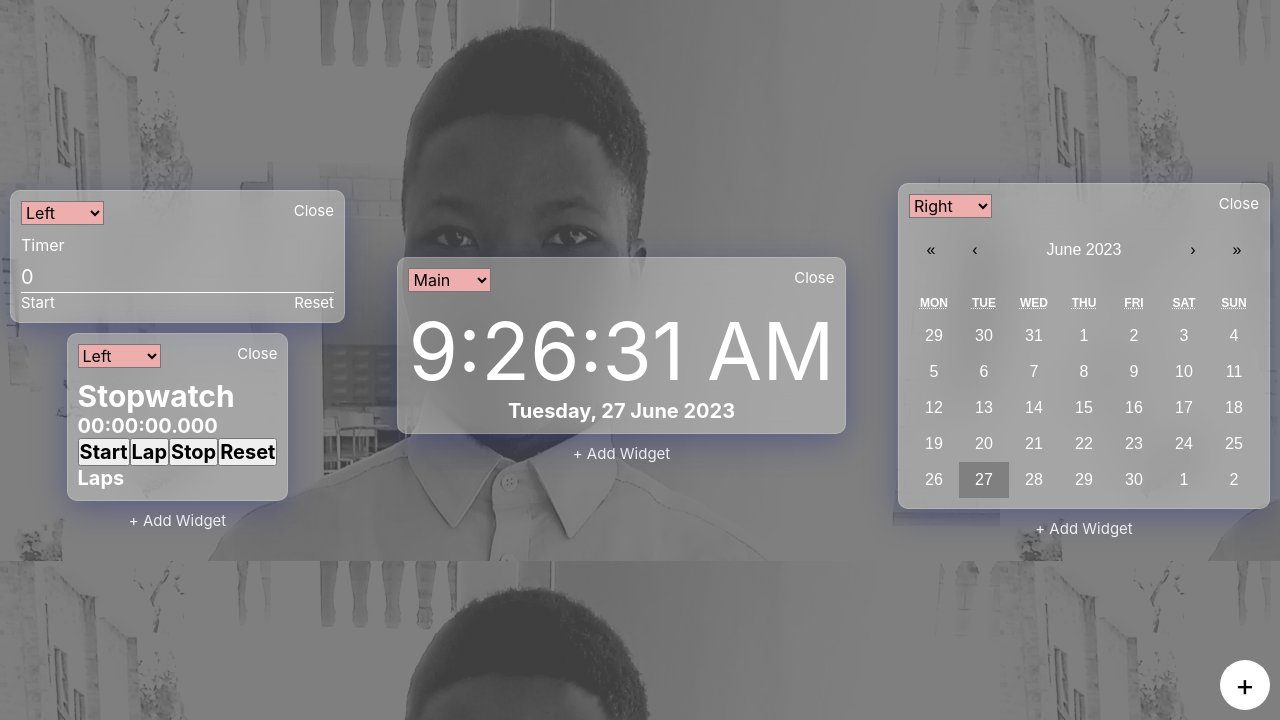
Repository: Angera-Silas/Planner-app
Page: /
An editor plug-in stored every save of this project. The page is shown before and after a run of saves, followed by the edit.
The browser window is 1280 px wide. The pictures show the whole page.
The project was rebuilt for these pictures with package versions that can differ from the ones it lists, and the page was loaded fresh each time. Also part of the build but not shown: src/widgets/ReminderListWidget.js, src/modals/WidgetGalleryModal.js.

Above is the page before, as saved 2023-06-27 17:53:25.

### src/index.css
body {
  margin: 0;
  font-family: -apple-system, BlinkMacSystemFont, 'Segoe UI', 'Roboto', 'Oxygen',
    'Ubuntu', 'Cantarell', 'Fira Sans', 'Droid Sans', 'Helvetica Neue',
    sans-serif;
  -webkit-font-smoothing: antialiased;
  -moz-osx-font-smoothing: grayscale;
}

code {
  font-family: source-code-pro, Menlo, Monaco, Consolas, 'Courier New',
    monospace;
}
*,
*::before,
*::after {
 box-sizing: border-box;
}

img,
svg,
video,
canvas,
audio,
iframe,
embed,
object {
 display: block;
 max-width: 100%;
}

input,
button,
textarea,
select {
 font: inherit;
 color: black;
}

* {
 margin: 0;
 padding: 0;
 box-sizing: border-box;
 font: inherit;
 color: white;
}

/* width */
::-webkit-scrollbar {
 width: 10px;
}

/* Track */
::-webkit-scrollbar-track {
 background: #363636;
}

/* Handle */
::-webkit-scrollbar-thumb {
 background: #777;
}

/* Handle on hover */
::-webkit-scrollbar-thumb:hover {
 background: #1e1e1e;
}

### src/App.js
import React, { useState } from 'react';
import './App.css';
import ClockWidget from './widgets/ClockWidget';
import WidgetGalleryModal from './modals/WidgetGalleryModal';
import Draggable from 'react-draggable';
import TimerWidget from './widgets/TimerWidget';
import CalendarWidget from './widgets/CalendarWidget';
import MyCustomWidget from './widgets/MyCustomWidget';

function App() {
 const [widgets, setWidgets] = useState([
  { id: new Date().getTime(), component: <ClockWidget />, area: 'main-widget', name: "Date and Time" },
  { id: new Date().getTime() + 2, component: <CalendarWidget />, area: 'right-widget', name: "Calendar" },
  { id: new Date().getTime() + 1, component: <TimerWidget />, area: 'left-widget', name:"Timer" },
  { id: new Date().getTime(), component: <MyCustomWidget/>,area:'left-widget',name:"Stopwatch"},
 ])
 const [showWidgetModal, setShowWidgetModal] = useState(false)
 const [selectedWidgetArea, setSelectedWidgetArea] = useState('')

 const removeWidget = (index) => {
  try {
   setWidgets(widgets.filter(widget => widget.id !== index))
  } catch (error) {
   console.log(error)
  }
 }

 return (
  <>
   {showWidgetModal && <WidgetGalleryModal setShowWidgetModal={setShowWidgetModal} selectedWidgetArea={selectedWidgetArea} widgets={widgets} setWidgets={setWidgets} />}
   <div className="add-button"
    onClick={() => {
     console.log('add button clicked')
     setShowWidgetModal(true)
     setSelectedWidgetArea('none-widget')
    }}
   >
    <p
     className='add-widget-button'
     style={{ background: "none", border: "none", color: "black", fontSize: "30px", cursor: "pointer", backgroundColor: "white", borderRadius: "50%", width: "50px", display: "flex", justifyContent: "center", alignItems: "center", height: "50px", position: "fixed", bottom: "10px", right: "10px" }}
    >+</p>
   </div>
   <div className='none-widget' >
    {widgets.length > 0 && widgets.map((widget, index) => {
     if (widget.area === 'none-widget') {
      return (
       <Draggable>
            <div style={{ padding: 10,}} className='widget-container' >
             <div style={{ marginBottom: 10 }}>
              <select value={widget.area}
               onChange={(e) => {
                let widgetList = [...widgets]
                widgetList[index].area = e.target.value
                setWidgets(widgetList)
               }}
              >
               <option value="none-widget">Floating</option>
               <option value="left-widget">Left</option>
               <option value="main-widget">Main</option>
               <option value="right-widget">Right</option>
              </select>
              <button
               onClick={() => {
                removeWidget(widget.id)
               }}
               style={{ background: "none", border: "none", color: "white", fontSize: "15px", cursor: "pointer", float: "right" }}
              >Close</button>
             </div>
             {widget.component}
            </div>
       </Draggable>
      )
     }
    })}
   </div>
   <div className="App">
    <div className="container">
     <div className='left-widget'>
      {widgets.length > 0 && widgets.map((widget, index) => {
       if (widget.area === 'left-widget') {
        return (
         <div style={{ padding: 10,}} className='widget-container'>
          <div style={{ marginBottom: 10 }}>
           <select value={widget.area}
            onChange={(e) => {
             let widgetList = [...widgets]
             widgetList[index].area = e.target.value
             setWidgets(widgetList)
            }}
           >
            <option value="none-widget">Floating</option>
            <option value="left-widget">Left</option>
            <option value="main-widget">Main</option>
            <option value="right-widget">Right</option>
           </select>
           <button
            onClick={() => {
             removeWidget(widget.id)
            }}
            style={{ background: "none", border: "none", color: "white", fontSize: "15px", cursor: "pointer", float: "right" }}
           >Close</button>
          </div>
          {widget.component}
         </div>
        )
       }
      })}
      {widgets.filter(widget => widget.area === 'left-widget').length < 3 && widgets.filter(widget => widget.area === 'left-widget').length > 0 &&
       <button
        className='add-widget-button'
        onClick={() => {
         setShowWidgetModal(true)
         setSelectedWidgetArea('left-widget')
        }}>+ Add Widget</button>
      }
     </div>
     <div className='main-widget'>
      {widgets.length > 0 && widgets.map((widget, index) => {
       if (widget.area === 'main-widget') {
        return (
         <div style={{ padding: 10,}} className='widget-container' >
          <div style={{ marginBottom: 10 }}>
           <select value={widget.area}
            onChange={(e) => {
             let widgetList = [...widgets]
             widgetList[index].area = e.target.value
             setWidgets(widgetList)
            }}
           >
            <option value="none-widget">Floating</option>
            <option value="left-widget">Left</option>
            <option value="main-widget">Main</option>
            <option value="right-widget">Right</option>
           </select>
           <button
            onClick={() => {
             removeWidget(widget.id)
            }}
            style={{ background: "none", border: "none", color: "white", fontSize: "15px", cursor: "pointer", float: "right" }}
           >Close</button>
          </div>
          {widget.component}
         </div>
        )
       }
      })}
      {widgets.filter(widget => widget.area === 'main-widget').length < 2 &&
       <button
        className='add-widget-button'
        onClick={() => {
         setShowWidgetModal(true)
         setSelectedWidgetArea('main-widget')
        }}>+ Add Widget</button>
      }
     </div>
     <div className='right-widget'>
      {widgets.length > 0 && widgets.map((widget, index) => {
       if (widget.area === 'right-widget') {
        return (
         <div style={{ padding: 10,}} className='widget-container'>
          <div style={{ marginBottom: 10 }}>
           <select value={widget.area}
            onChange={(e) => {
             let widgetList = [...widgets]
             widgetList[index].area = e.target.value
             setWidgets(widgetList)
            }}
           >
            <option value="none-widget">Floating</option>
            <option value="left-widget">Left</option>
            <option value="main-widget">Main</option>
            <option value="right-widget">Right</option>
           </select>
           <button
            onClick={() => {
             removeWidget(widget.id)
            }}
            style={{ background: "none", border: "none", color: "white", fontSize: "15px", cursor: "pointer", float: "right" }}
           >Close</button>
          </div>
          {widget.component}
         </div>
        )
       }
      })}
      {widgets.filter(widget => widget.area === 'right-widget').length < 3 && widgets.filter(widget => widget.area === 'right-widget').length > 0 &&
       <button
        className='add-widget-button'
        onClick={() => {
         setShowWidgetModal(true)
         setSelectedWidgetArea('right-widget')
        }}>+ Add Widget</button>
      }
     </div>
    </div>
   </div>
  </>
 )
}

export default App;

### src/App.css
.App {
  background: url("background.jpg");
  height: 100vh;
  display: flex;
  justify-content: flex-start;
  align-items: center;

}

.container {
  display: flex;
  flex-direction: row;
  align-items: flex-start;
  justify-content: space-between;
  gap: 5px;
  width: 100vw;
  padding: 10px;
  max-height: 100vh;
  height: 100%;

}

.item {
  background-color: rgba(255, 255, 255, 0.8);
  border: 1px solid rgba(0, 0, 0);
  padding: 20px;
  font-size: 30px;
  text-align: center;
}

.time {
  font-size: 80px;
  color: white;
  text-align: center;
}

.date {
  font-size: 20px;
  color: white;
  text-align: center;
  font-weight: bold;
}

.add-widget-button {
  background-color: transparent;
  color: white;
  border: none;
  font-size: 15px;
  text-align: center;
  cursor: pointer;
}

.add-widget-button:hover {
  color: #1e1e1e;
}

.right-widget,
.left-widget,
.main-widget {
  display: flex;
  justify-content: center;
  align-items: center;
  flex-direction: column;
  gap: 10px;
  height: 100%;
  max-width: 500px;
}

.none-widget {
  position: fixed;
  /* height: 100vh;
  width: 100vw; */
  top: 0px;
  left: 0px;
}

select {
 background-color: #efaeae;
}

/* Modal */
.modal {
  position: fixed;
  z-index: 1;
  padding-top: 100px;
  left: 0;
  top: 0;
  width: 100vw;
  height: 100vh;
  overflow: auto;
  background-color: rgb(0, 0, 0, 0.4);
}

.modal-content {
  background-color: #183A37;
  margin: auto;
  padding: 20px;
  width: 50%;
  max-height: 50vh;
  overflow: scroll;
}

.modal-header {
  display: flex;
  justify-content: space-between;
  align-items: flex-start;
}

.modal-header h2 {
  color: white;
  font-weight: bold;
  font-size: 25px;
}

.row {
  display: flex;
  justify-content: space-between;
  align-items: center;
  gap: 10px;
}

.widget-gallery-item {
  color: black;
  border: 1px solid white;
  padding: 10px;
  margin-bottom: 10px;
}

.text-input {
  outline: none;
  border: none;
  border-bottom: 1px solid white;
  width: 100%;
  background-color: transparent;
  color: white;
  font-size: 20px;
  margin-top: 10px;
  padding-bottom: 3px;
}

.widget-container {
  background: rgba(255, 255, 255, 0.3);
  box-shadow: 0 8px 32px 0 rgba(31, 38, 135, 0.37);
  backdrop-filter: blur(20px);
  -webkit-backdrop-filter: blur(20px);
  border-radius: 10px;
  border: 1px solid rgba(255, 255, 255, 0.18);

}

.widget-gallery-item-name{
  font-size: 20px;
  font-weight: bold;
  margin-bottom: 10px;
}
.stopwatch {
 width: 100%;
 font-size: 20px;
 color: white;
 font-weight: bold;
}

### src/widgets/ClockWidget.js
import React, { useEffect, useState } from 'react'

export default function ClockWidget() {
  const [time, setTime] = useState(new Date().toLocaleTimeString())
  const [date, setDate] = useState(new Date())
  useEffect(() => {
    const interval = setInterval(() => {
      setTime(new Date().toLocaleTimeString())
      setDate(new Date())
    }, 1000)
    return () => clearInterval(interval)
  }, [])

  const tidyDate = (date) => {
    const dateArray = date
    const day = dateArray.getDay()
    const dateNumber = dateArray.getDate()
    const month = dateArray.getMonth() + 1
    const year = dateArray.getFullYear()

    const days = ['Sunday', 'Monday', 'Tuesday', 'Wednesday', 'Thursday', 'Friday', 'Saturday']
    const months = ['January', 'February', 'March', 'April', 'May', 'June', 'July', 'August', 'September', 'October', 'November', 'December']

    return `${days[day]}, ${dateNumber} ${months[month - 1]} ${year}`

  }

  return (
    <div>
      <p className='time'>{time}</p>
      <p className='date'>{tidyDate(date)}</p>
    </div>
  )
}

### src/widgets/TimerWidget.js
import React, { useEffect, useState } from 'react'

export default function TimerWidget() {
  const [timerListData, setTimerListData] = useState({
    time: 0,
    isRunning: false,
  })

  const tidyTime = (time) => {
    let hours = Math.floor(time / 3600)
    let minutes = Math.floor((time - (hours * 3600)) / 60)
    let seconds = time - (hours * 3600) - (minutes * 60)

    if (hours < 10) { hours = "0" + hours }
    if (minutes < 10) { minutes = "0" + minutes }
    if (seconds < 10) { seconds = "0" + seconds }

    return hours + ':' + minutes + ':' + seconds
  }

  useEffect(() => {
    // timer logic
    let interval = null
    if (timerListData.isRunning && timerListData.time > 0) {
      interval = setInterval(() => {
        setTimerListData({
          ...timerListData,
          time: parseInt(timerListData.time) - 1,
        })
      }, 1000)
    } else if (!timerListData.isRunning && timerListData.time !== 0) {
      setTimerListData({
        ...timerListData,
        isRunning: false,
      })
      clearInterval(interval)
    } else if (timerListData.isRunning && timerListData.time === 0) {
      setTimerListData({
        ...timerListData,
        isRunning: false,
      })
      clearInterval(interval)
      alert('Timer is up!')
    }

      return () => clearInterval(interval)
  }, [timerListData.isRunning, timerListData.time])

  return (
    <div style={{ minWidth: 300 }}>
      <div style={{ display: "flex", justifyContent: "space-between", alignItems: "row" }}>
        <p>Timer</p>
      </div>
      <div className='timer-container'>
        <div className='timer-display'>
          {timerListData.isRunning ?
            <p style={{ textAlign: "center", fontWeight: "bold", fontSize: 20 }}>{tidyTime(timerListData.time)}</p>
            :
            <input type="text" className='text-input' value={timerListData.time} onChange={(e) => {
              setTimerListData({
                ...timerListData,
                time: e.target.value,
              })
            }} />
          }
        </div>
        <div className='timer-controls' style={{ display: "flex", justifyContent: "space-between", alignItems: "center", }}>
          <button
            style={{
              background: "none",
              border: "none",
              color: "white",
              fontSize: "15px",
              cursor: "pointer",
            }}
            onClick={() => {
              setTimerListData({
                ...timerListData,
                isRunning: !timerListData.isRunning,
              })
            }}
          >{timerListData.isRunning ? 'Stop' : 'Start'}</button>
          <button
            style={{
              background: "none",
              border: "none",
              color: "white",
              fontSize: "15px",
              cursor: "pointer",
            }}
            onClick={() => {
              setTimerListData({
                ...timerListData,
                time: 0,
              })
            }}
          >Reset</button>
        </div>
      </div>
    </div>
  )
}

### src/widgets/MyCustomWidget.js
import React, { useEffect, useState } from 'react';
import { BsStopwatch } from 'react-icons/bs'

export default function MyCustomWidget() {
   const [stopwatchData, setStopwatchData] = useState([
  { id: 0, name: "Timer 1", time: 0, isRunning: false, lap: [], time_started: 0, pause: [] },
 ])
 const [selectedRow, setSelectedRow] = useState(0)

 useEffect(() => {
  const interval = setInterval(() => {
   setStopwatchData(stopwatchData.map((stopwatch) => {
    if (stopwatch.isRunning) {
     return { ...stopwatch, time: new Date() - stopwatch.time_started - stopwatch.pause.reduce((a, b) => a + b, 0) }
    }
    return stopwatch
   }))
  }, 10)
  return () => clearInterval(interval)
 }, [stopwatchData])
 const handleStart = (id) => {
  setStopwatchData(stopwatchData.map((stopwatch) => {
   if (stopwatch.id === id) {
    return { ...stopwatch, isRunning: true, time_started: new Date() - stopwatch.time - stopwatch.pause.reduce((a, b) => a + b, 0) }
   }
   return stopwatch
  }))
 }

 const handleStop = (id) => {
  setStopwatchData(stopwatchData.map((stopwatch) => {
   if (stopwatch.id === id) {
    return { ...stopwatch, isRunning: false, pause: [...stopwatch.pause, new Date() - stopwatch.time_started - stopwatch.pause.reduce((a, b) => a + b, 0)] }
   }
   return stopwatch
  }))
 }

 const handleReset = (id) => {
  setStopwatchData(stopwatchData.map((stopwatch) => {
   if (stopwatch.id === id) {
    return { ...stopwatch, time: 0, isRunning: false, lap: [] }
   }
   return stopwatch
  }))
 }

 const handleLap = (id) => {
  setStopwatchData(stopwatchData.map((stopwatch) => {
   if (stopwatch.id === id) {
    return { ...stopwatch, lap: [...stopwatch.lap, stopwatch.time] }
   }
   return stopwatch
  }))
 }
  return (
    <div className='stopwatch'>
      <div style={{ display: "flex", alignItems: "center", flexDirection: "row", justifyContent: "space-between", width: "100%" }}>
      <div style={{ textAlign: "left" }}>
       <h1 style={{ fontWeight: "bold", fontSize: 30 }}>Stopwatch</h1>
      </div>
     </div>

     <p className='main-time-label'>{stopwatchData[selectedRow]?.time > 0 ? new Date(stopwatchData[selectedRow]?.time).toISOString().slice(11, -1) : "00:00:00.000"}</p>
     <div className="main-button-controls">
      <button className={"control-buttons"} onClick={() => handleStart(stopwatchData[selectedRow].id)}>Start</button>
      <button className={"control-buttons"} onClick={() => handleLap(stopwatchData[selectedRow].id)}>Lap</button>
      <button className={"control-buttons"} onClick={() => handleStop(stopwatchData[selectedRow].id)}>Stop</button>
      <button className={"control-buttons"} onClick={() => handleReset(stopwatchData[selectedRow].id)}>Reset</button>
     </div>
     <p className='lap-label'>Laps</p>
     <div className='lap-container'>
      {stopwatchData[selectedRow]?.lap.length > 0 && stopwatchData[selectedRow]?.lap.map((lap, index) => (
       <div style={{ display: "flex", justifyContent: "space-between", width: "500px" }}>
        <p>Lap {index + 1}</p>
        <p className='lap-time-label' key={index}>{new Date(lap).toISOString().slice(11, -1)}</p>
       </div>
      ))}
     </div>
    </div>
  )
}

### src/styles/styles.css
.react-calendar {
  width: 350px;
  max-width: 100%;
  background: transparent;
  font-family: Arial, Helvetica, sans-serif;
  line-height: 1.125em;
}

.react-calendar--doubleView {
  width: 700px;
}

.react-calendar--doubleView .react-calendar__viewContainer {
  display: flex;
  margin: -0.5em;
}

.react-calendar--doubleView .react-calendar__viewContainer > * {
  width: 50%;
  margin: 0.5em;
}

.react-calendar,
.react-calendar *,
.react-calendar *:before,
.react-calendar *:after {
  -moz-box-sizing: border-box;
  -webkit-box-sizing: border-box;
  box-sizing: border-box;
}

.react-calendar button {
  margin: 0;
  border: 0;
  outline: none;
}

.react-calendar button:enabled:hover {
  cursor: pointer;
}

.react-calendar__navigation {
  display: flex;
  height: 44px;
  margin-bottom: 1em;
}

.react-calendar__navigation button {
  min-width: 44px;
  background: none;
}

.react-calendar__navigation button:disabled {
  background-color: #f0f0f0;
}

.react-calendar__navigation button:enabled:hover,
.react-calendar__navigation button:enabled:focus {
  background-color: #e6e6e6;
}

.react-calendar__month-view__weekdays {
  text-align: center;
  text-transform: uppercase;
  font-weight: bold;
  font-size: 0.75em;
}

.react-calendar__month-view__weekdays__weekday {
  padding: 0.5em;
}

.react-calendar__month-view__weekNumbers .react-calendar__tile {
  display: flex;
  align-items: center;
  justify-content: center;
  font-size: 0.75em;
  font-weight: bold;
}

.react-calendar__month-view__days__day--weekend {
  color: #d10000;
}

.react-calendar__month-view__days__day--neighboringMonth {
  color: #757575;
}

.react-calendar__year-view .react-calendar__tile,
.react-calendar__decade-view .react-calendar__tile,
.react-calendar__century-view .react-calendar__tile {
  padding: 2em 0.5em;
}

.react-calendar__tile {
  max-width: 100%;
  padding: 10px 6.6667px;
  background: none;
  text-align: center;
  line-height: 16px;
}

.react-calendar__tile:disabled {
  background-color: #f0f0f0;
}

.react-calendar__tile:enabled:hover,
.react-calendar__tile:enabled:focus {
  background-color: #e6e6e6;
}

.react-calendar__tile--now {
  background: gray;
}

.react-calendar__tile--now:enabled:hover,
.react-calendar__tile--now:enabled:focus {
  background: gray;
}

.react-calendar__tile--hasActive {
  background: #76baff;
}

.react-calendar__tile--hasActive:enabled:hover,
.react-calendar__tile--hasActive:enabled:focus {
  background: #a9d4ff;
}

.react-calendar__tile--active {
  background: #006edc;
  color: white;
}

.react-calendar__tile--active:enabled:hover,
.react-calendar__tile--active:enabled:focus {
  background: #1087ff;
}

.react-calendar--selectRange .react-calendar__tile--hover {
  background-color: #e6e6e6;
}

Loaded but not shown: public/index.html (common file); src/index.js (common file); src/reportWebVitals.js (common file); src/widgets/CalendarWidget.js (common file)

After the next 2 saves:
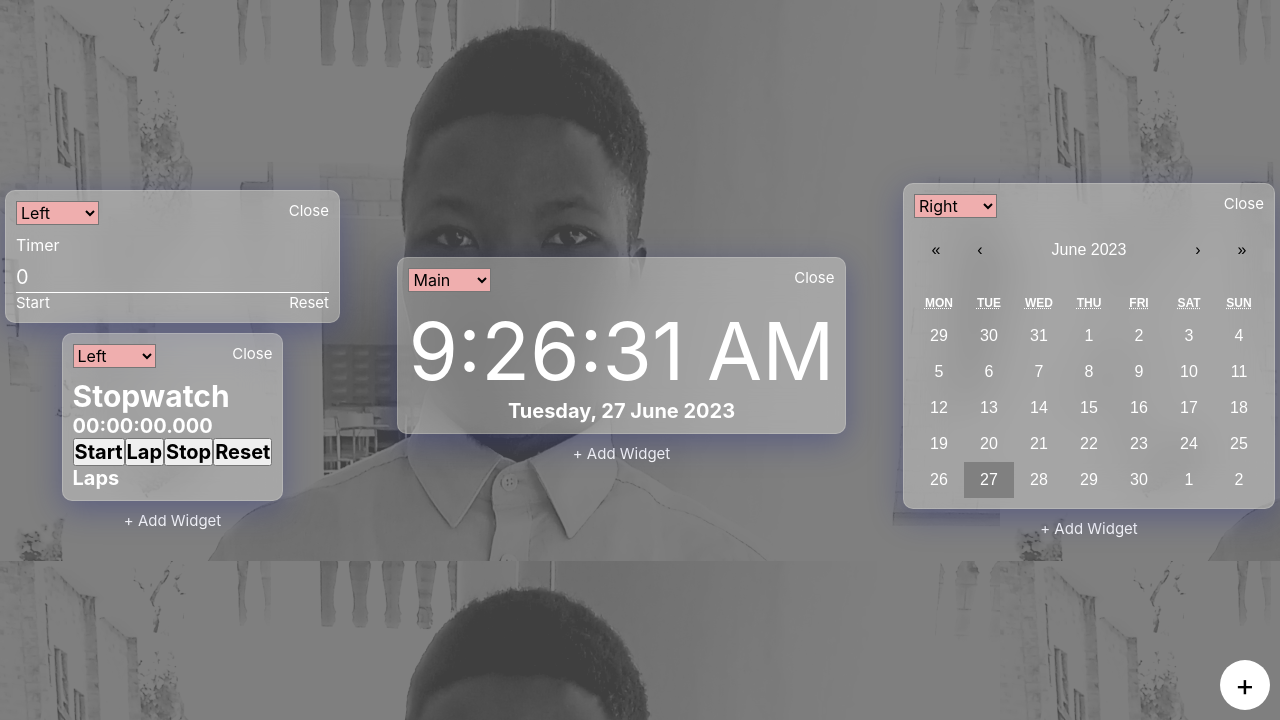
The 2 saves are shown as one change because they came seconds apart.
The last was saved 9 s later.
--- a/src/App.css
+++ b/src/App.css
@@ -14,7 +14,7 @@
   justify-content: space-between;
   gap: 5px;
   width: 100vw;
-  padding: 10px;
+  padding: 5px;
   max-height: 100vh;
   height: 100%;
 
